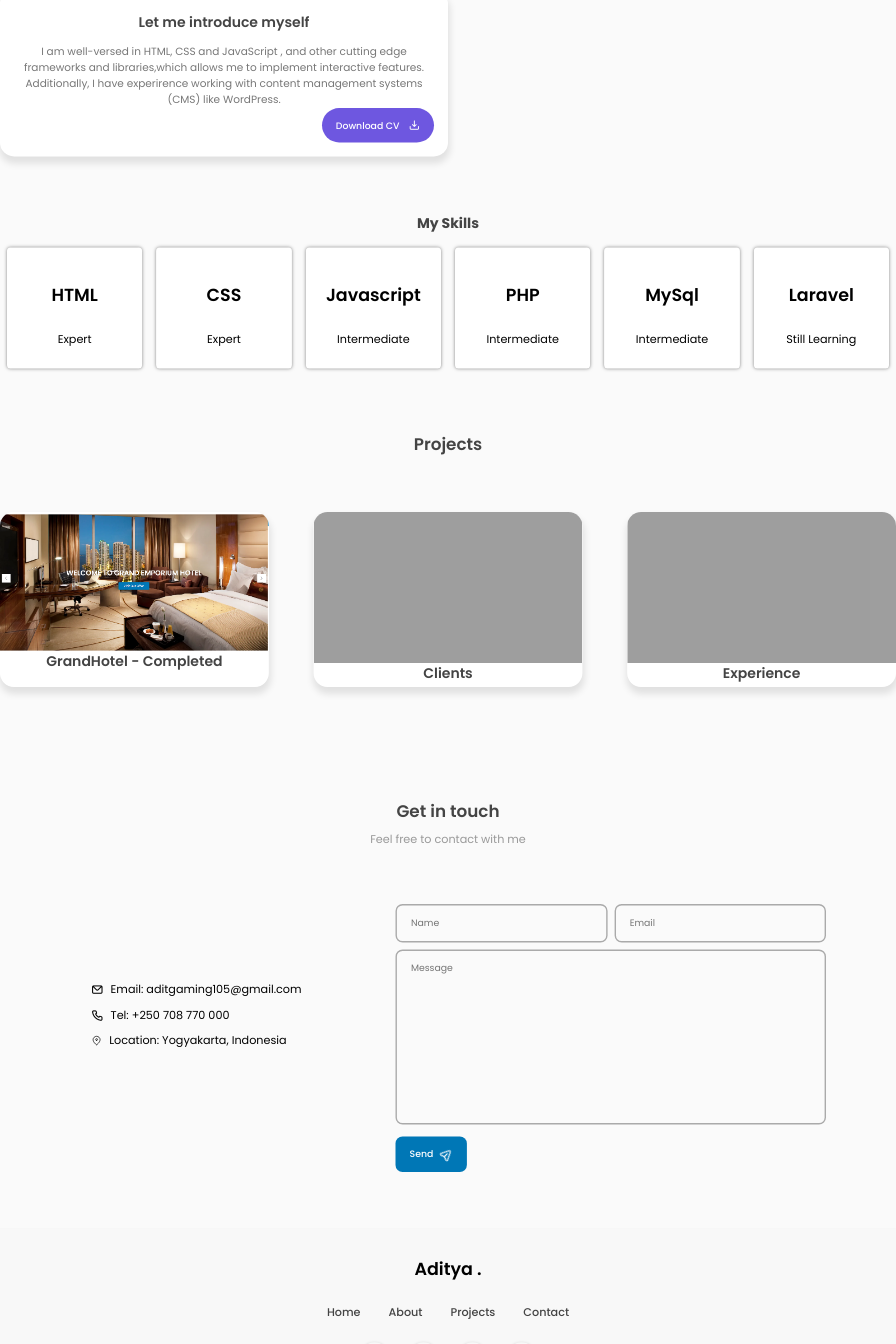
Repository: 4Kbrain/Portofolio
Page: index.html
The author's editor kept a copy of each file at every save. The page is drawn from the files as they stood at one save, then again after a run of saves.
The browser window is 1280 px wide. The pictures show the part of the page from y = 928 to 2848 px (the page is 3007 px tall), at 70% of full size.
Pictures or frames that could not be fetched are drawn as grey boxes.

Above is the page before, as saved 2024-05-15 17:30:13.
Console error: ReferenceError: ScrollReveal is not defined

### index.html
<!DOCTYPE html>
<html lang="en">

<head>
    <meta charset="UTF-8">
    <meta name="viewport" content="width=device-width, initial-scale=1.0">
    <link rel="stylesheet" href="https://unicons.iconscout.com/release/v4.0.8/css/line.css">
    <link rel="stylesheet" href="assets/css/style.css">
    <link rel="shortcut icon" href="assets/img/favicon.png" type="image/x-icon">

    <title>Portfolio | Aditya</title>
</head>

<body>

    <div class="container">
        <!-- header -->
        <nav id="header">
            <div class="nav-logo">
                <a href="#home">
                    <p class="nav-name">Aditya</p>
                    <span>.</span>
                </a>
            </div>
            <div class="nav-menu" id="myNavMenu">
                <ul class="nav_menu_list">
                    <li class="nav_list">
                        <a href="#home" class="nav-link active-link">Home</a>
                        <div class="circle"></div>
                    </li>
                    <li class="nav_list">
                        <a href="#about" class="nav-link">About</a>
                        <div class="circle"></div>
                    </li>
                    <li class="nav_list">
                        <a href="#projects" class="nav-link">Projects</a>
                        <div class="circle"></div>
                    </li>
                    <li class="nav_list">
                        <a href="#contact" class="nav-link">Contact</a>
                        <div class="circle"></div>
                    </li>
                </ul>
            </div>
            <div class="nav-button">
                <a id="downloadCVButton" href="assets/CV/Aditya%20CV.pdf" download="CV.pdf" class="btn">Download CV <i
                        class="uil uil-file-alt"></i></a>
            </div>
            <div class="nav-menu-btn">
                <i class="uil uil-bars" onclick="myMenuFunction()"></i>
            </div>
        </nav>

        <!-- -------------- MAIN ---------------- -->
        <main class="wrapper">
            <!-- -------------- FEATURED BOX ---------------- -->
            <section class="featured-box" id="home">
                <div class="featured-text">
                    <div class="featured-text-card">
                        <span>Aditya Dwi Nugroho</span>
                    </div>
                    <div class="featured-name">
                        <p>I'm <span class="typedText"></span></p>
                    </div>
                    <div class="featured-text-info">
                        <p>I'm a beginner web developer with a passion for creating fully responsive websites. I'm eager to learn and grow in both front-end and back-end development.
                        </p>
                    </div>
                    <div class="featured-text-btn">
                        <button class="btn blue-btn">Contact Me</button>
                        <a id="downloadCVButton" href="assets/CV/Aditya%20CV.pdf" download="CV.pdf" class="btn">Download CV <i class="uil uil-file-alt"></i></a>

                    </div>
                    <div class="social_icons">
                        <div class="icon"><a href="https://www.instagram.com/allen.adityadn/"><i class="uil uil-instagram"></i></a></div>
                        <div class="icon"><a href="https://wa.me/0895339926715"><i class="uil uil-whatsapp"></i></a></div>
                        <div class="icon"><a href="https://github.com/4Kbrain"><i class="uil uil-github-alt"></i></a></div>

                    </div>
                </div>
                <div class="featured-image">
                    <div class="image">
                        <img src="assets/img/avatar.png" alt="avatar">
                    </div>
                </div>

    </div>

    </section>
    <!-- -------------- ABOUT BOX ---------------- -->
    <section class="section" id="about">
        <div class="top-header">
            <h1>About Me</h1>
        </div>
        <div class="row">
            <div class="col">
                <div class="about-info">
                    <h3>Let me introduce myself</h3>
                    <p>I am well-versed in HTML, CSS and JavaScript , and other cutting edge
                        frameworks and libraries,which allows me to implement interactive features.
                        Additionally, I have experirence working with content management systems (CMS) like
                        WordPress.
                    </p>
                    <div class="about-btn">
                        <a href="assets/CV/Aditya%20CV.pdf" download>
                            <button class="btn">Download CV <i class="uil uil-import"></i></button>
                          </a>

                    </div>
                </div>
            </div>
        </div>
    </section>

    <!-- Skills -->
<section class="skills" id="skills">

    <div class="skill" id="skill">
        <h1>My Skills</h1>
        <div class="content">
          <div class="flex">
            <div class="kotak" data-aos="flip-down" data-aos-delay="500">
              <div class="logo">
                <i class="fa-brands fa-html5"></i>
              </div>
              <div class="nama">HTML</div>
              <div class="ukuran">Expert</div>
            </div>
            <div class="kotak" data-aos="flip-right" data-aos-delay="500">
              <div class="logo">
                <i class="fa-brands fa-css3"></i>
              </div>
              <div class="nama">CSS</div>
              <div class="ukuran">Expert</div>
            </div>
            <div class="kotak" data-aos="flip-left" data-aos-delay="500">
              <div class="logo">
                <i class="fa-brands fa-js"></i>
              </div>
              <div class="nama">Javascript</div>
              <div class="ukuran">Intermediate</div>
            </div>
            <div class="kotak" data-aos="flip-up" data-aos-delay="500">
              <div class="logo">
                <i class="fa-brands fa-php"></i>
              </div>
              <div class="nama">PHP</div>
              <div class="ukuran">Intermediate</div>
            </div>
            <div class="kotak" data-aos="fade-up" data-aos-delay="500">
              <div class="logo">
                <i class="fa-solid fa-database"></i>
              </div>
              <div class="nama">MySql</div>
              <div class="ukuran">Intermediate</div>
            </div>
            <div class="kotak" data-aos="flip-down" data-aos-delay="500">
              <div class="logo">
                <i class="fa-brands fa-laravel"></i>
              </div>
              <div class="nama">Laravel</div>
              <div class="ukuran">Still Learning</div>
            </div>
          </div>
        </div>
      </div>

</section>



    <!-- -------------- PROJECT BOX ---------------- -->

    <section class="section" id="projects">
        <div class="top-header">
            <h1>Projects</h1>
        </div>
        <div class="project-container">
            <div class="project-box">
                <img src="assets/img/GrandHotel.png" alt="Grand Hotel Project" class="project-image">
                <h3>GrandHotel - Completed</h3>
                <label class="clear">-</label>
            </div>
            <div class="project-box">
                <img src="path/to/your/image2.jpg" alt="2" class="project-image">
                <h3>Clients</h3>
                <label> - </label>
            </div>
            <div class="project-box">
                <img src="path/to/your/image3.jpg" alt="3" class="project-image">
                <h3>Experience</h3>
                <label> - </label>
            </div>
        </div>
    </section>



  <!-- Contact me  -->

    <section class="section" id="contact">
        <div class="top-header">
            <h1>Get in touch</h1>
            <span>Feel free to contact with me</span>
        </div>
        <div class="row">
            <div class="col">
                <div class="contact-info">
                    <p><i class="uil uil-envelope"></i> Email: aditgaming105@gmail.com</p>
                    <p><i class="uil uil-phone"></i> Tel: +250 708 770 000</p>
                    <p><svg xmlns="http://www.w3.org/2000/svg" width="1em" height="1em" viewBox="0 0 24 24"><g fill="none" stroke="currentColor" stroke-linecap="round" stroke-linejoin="round" stroke-width="1.5"><path d="M12.56 20.82a.964.964 0 0 1-1.12 0C6.611 17.378 1.486 10.298 6.667 5.182A7.592 7.592 0 0 1 12 3c2 0 3.919.785 5.333 2.181c5.181 5.116.056 12.196-4.773 15.64"/><path d="M12 12a2 2 0 1 0 0-4a2 2 0 0 0 0 4"/></g></svg>Location: Yogyakarta, Indonesia</p>
                </div>
            </div>
            <div class="col">
                <div class="form-control">
                    <div class="form-inputs">
                        <input type="text" class="input-field" placeholder="Name">
                        <input type="text" class="input-field" placeholder="Email">
                    </div>
                    <div class="text-area">
                        <textarea placeholder="Message"></textarea>
                    </div>
                    <div class="form-button">
                        <button class="btn">Send <i class="uil uil-message"></i></button>
                    </div>
                </div>
            </div>
        </div>
    </section>

    </main>

    <!-- Footer -->
    <footer>
        <div class="top-footer">
            <p>Aditya .</p>
        </div>
        <div class="middle-footer">
            <ul class="footer-menu">
                <li class="footer_menu_list">
                    <a href="#home">Home</a>
                </li>
                <li class="footer_menu_list">
                    <a href="#about">About</a>
                </li>
                <li class="footer_menu_list">
                    <a href="#projects">Projects</a>
                </li>
                <li class="footer_menu_list">
                    <a href="#contact">Contact</a>
                </li>
            </ul>
        </div>
        <div class="footer-social-icons">
            <div class="icon"><i class="uil uil-instagram"></i></div>
            <div class="icon"><i class="uil uil-linkedin-alt"></i></div>
            <div class="icon"><i class="uil uil-dribbble"></i></div>
            <div class="icon"><i class="uil uil-github-alt"></i></div>
        </div>
        <div class="bottom-footer">
            <p>Copyright &copy; <a href="https://www.instagram.com/allen.adityadn/" style="text-decoration: none;">@allen.adityadn</a> - All rights reserved</p>
        </div>
    </footer>

    </div>

    <script src="https://unpkg.com/typed.js@2.0.16/dist/typed.umd.js"></script>
    <script src="assets/js/script.js"></script>
</body>

</html>

Loaded but not shown: assets/js/script.js (126 lines, source omitted); assets/css/style.css (741 lines, source omitted)

After the next 2 saves:
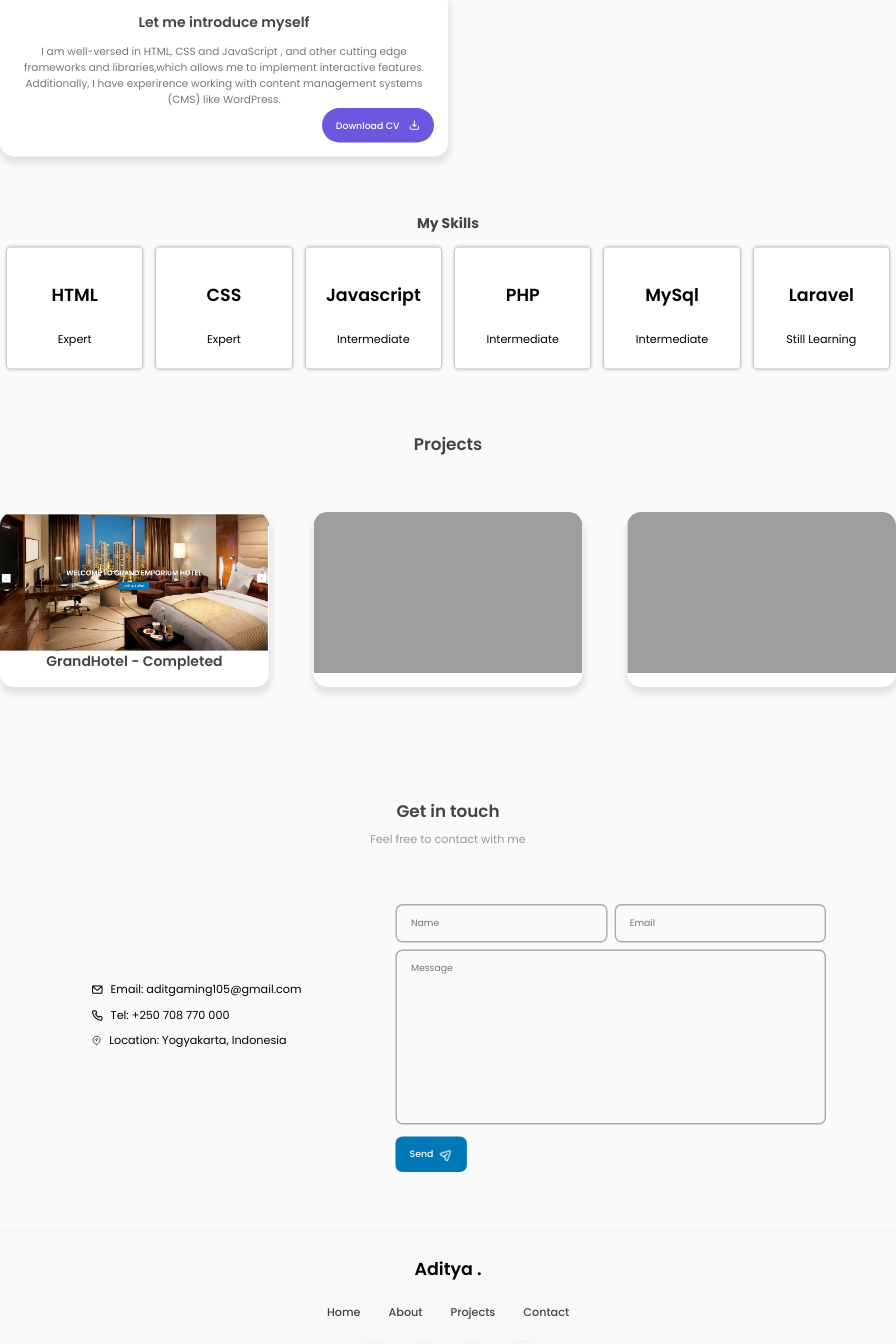
The 2 saves are shown as one change because they came seconds apart.
The last was saved 8 s later.
--- a/index.html
+++ b/index.html
@@ -183,12 +183,12 @@
             </div>
             <div class="project-box">
                 <img src="path/to/your/image2.jpg" alt="2" class="project-image">
-                <h3>Clients</h3>
+                <h3></h3>
                 <label> - </label>
             </div>
             <div class="project-box">
                 <img src="path/to/your/image3.jpg" alt="3" class="project-image">
-                <h3>Experience</h3>
+                <h3></h3>
                 <label> - </label>
             </div>
         </div>
